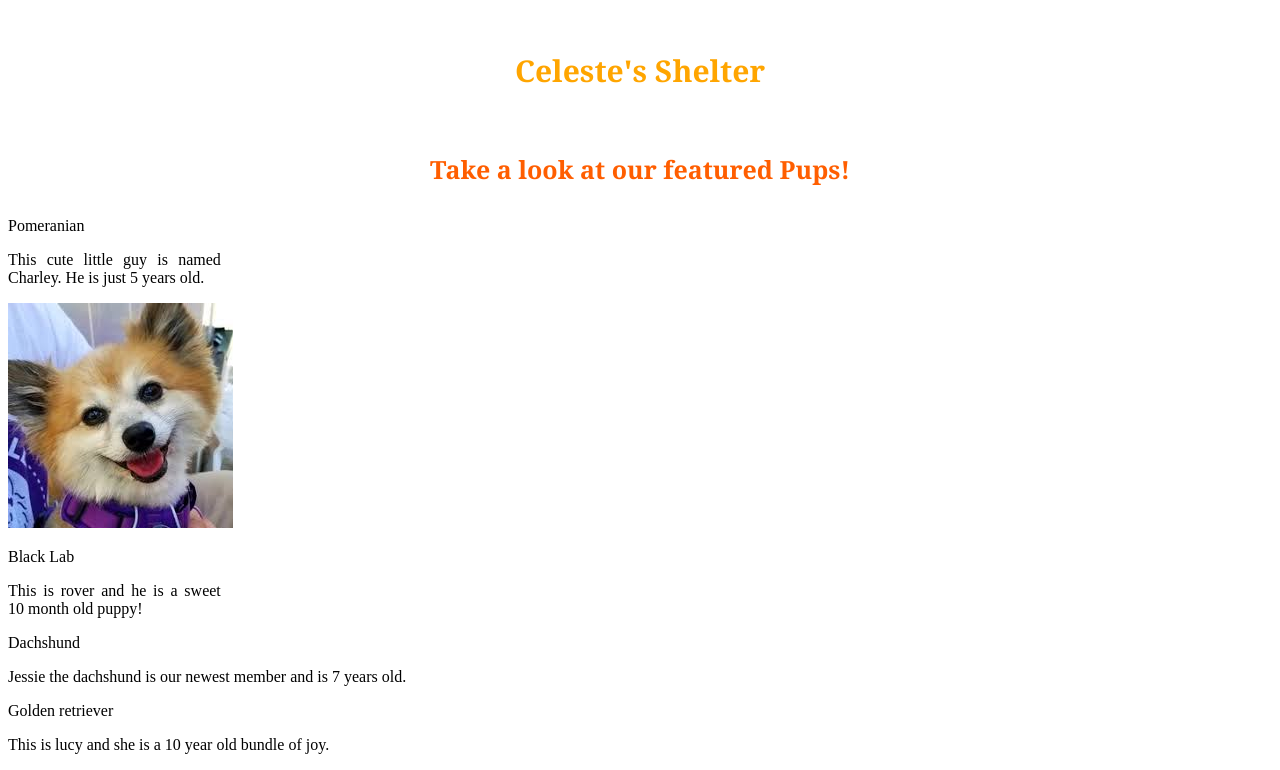
Repository: fieldceleste/animal-shelter
Page: animal-shelter.html
The author's editor kept a copy of each file at every save. The page is drawn from the files as they stood at one save, then again after the next save.
The browser window is 1280 px wide. The pictures show the whole page.

Above is the page before, as saved 2019-10-30 18:11:41.

### animal-shelter.html
<!DOCTYPE html>
  <html>
   <head>
  <link href="css/styles.css" rel="stylesheet" type="text/css">
  <title>Celeste's Animal Shelter</title>
</head>
<body>
    <h1>Celeste's Shelter</h1>
<h2>Take a look at our featured Pups!</h2>

<div class="dogs">
<p>Pomeranian</p>
 <p>This cute little guy is named Charley. He is just 5 years old. </p>
 <p><img src="img/pom.jpeg" alt="picture of Pomeranian" /></p>
</div>

<div class="dogs">
<p>Black Lab</p>
<p>This is rover and he is a sweet 10 month old puppy!</p>
</div>

<p>Dachshund</p>
<p>Jessie the dachshund is our newest member and is 7 years old.</p>

<p>Golden retriever</p>
<p>This is lucy and she is a 10 year old bundle of joy.</p>
</div>


</body>






</html>

### css/styles.css

h1{
    font-family: Georgia, 'Times New Roman', Times, serif;
    font-size: 30px;
    color: orange;
    padding: 30px;
    text-align: center;
}
h2{
    font-family: Georgia, 'Times New Roman', Times, serif;
    font-size: 25px;
    color: rgb(255, 94, 0);
    padding: 10px;
    text-align: center;

}
 .dogs p{
    column-count:5;
    -webkit-column-content:10;
    -webkit-column-gap:40px;
    column-gap:50px;
    -webkit-column-rule:15px solid #ccc;
    column-rule:2px solid #ccc;
    text-align:justify;



}

After the next save:
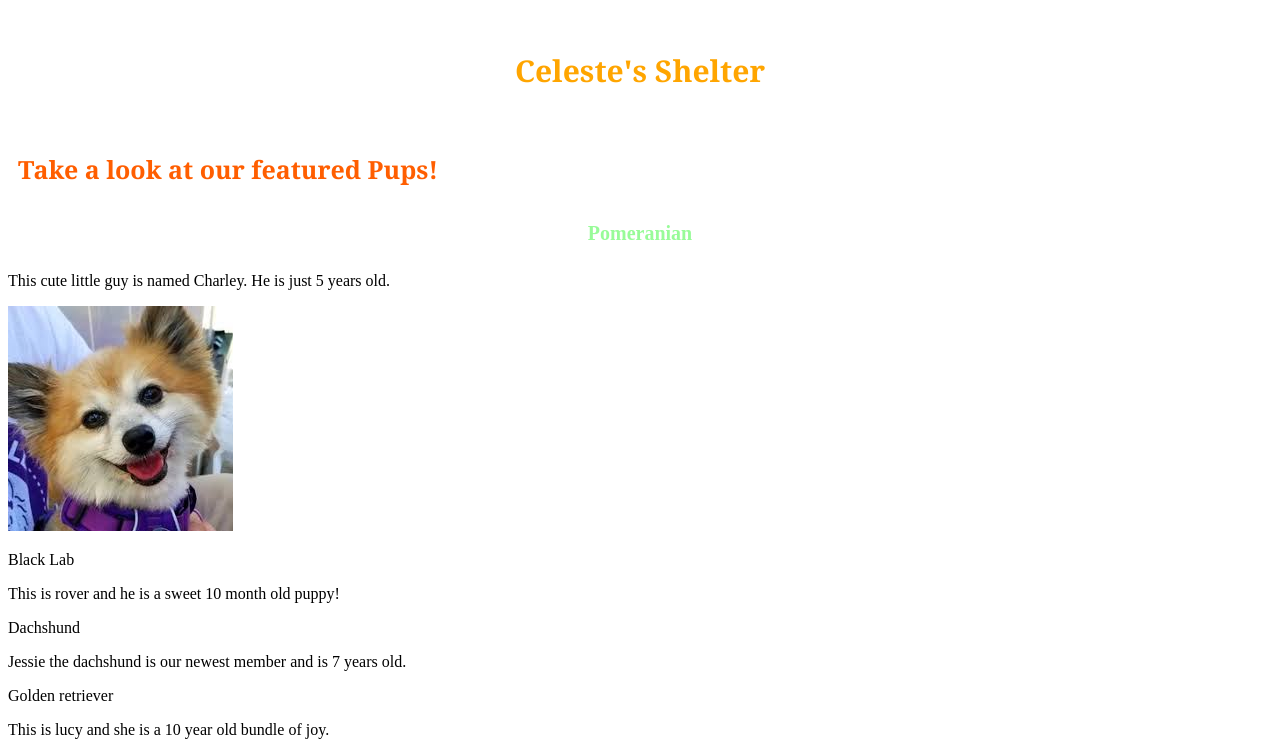
Saved 96 s later.
--- a/animal-shelter.html
+++ b/animal-shelter.html
@@ -9,7 +9,7 @@
 <h2>Take a look at our featured Pups!</h2>
 
 <div class="dogs">
-<p>Pomeranian</p>
+<h4>Pomeranian</h4>
  <p>This cute little guy is named Charley. He is just 5 years old. </p>
  <p><img src="img/pom.jpeg" alt="picture of Pomeranian" /></p>
 </div>
--- a/css/styles.css
+++ b/css/styles.css
@@ -11,8 +11,13 @@ h2{
     font-size: 25px;
     color: rgb(255, 94, 0);
     padding: 10px;
-    text-align: center;
+}
+h4{
+     color: palegreen;
+     font-size: 20px;
+     text-align: center;
 
+}
 }
  .dogs p{
     column-count:5;
